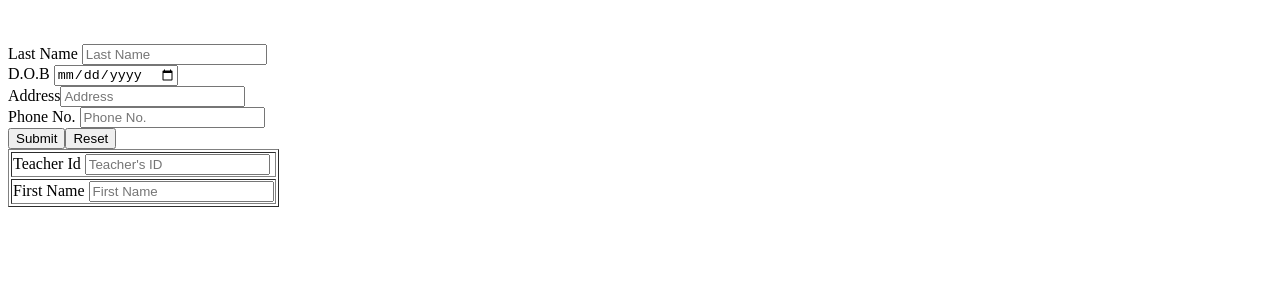
Repository: shubhamsingh331/Learners_Academy
Page: http://localhost/LearnersAcademy/Teachers/Teachers.jsp
The author's editor kept a copy of each file at every save. The page is drawn from the files as they stood at one save, then again after the next save.
The browser window is 1280 px wide. The pictures show the whole page.
The page is served by Tomcat 9. Other server files are loaded and not shown.

Above is the page before, as saved 2023-10-09 04:54:41.

### LearnersAcademy/src/main/webapp/Teachers/Teachers.jsp
<%@ page language="java" contentType="text/html; charset=ISO-8859-1"
    pageEncoding="ISO-8859-1"%>
<!DOCTYPE html>
<html>
<head>
<meta charset="ISO-8859-1">
<title>Insert title here</title>
</head>
<body>
<table border="1">
<form action="AddTeachers.jsp" method="post">
<tr><td>Teacher Id <input type="text" placeholder="Teacher's ID" name="id"></td></tr><br>
<tr><td>First Name <input type="text" placeholder="First Name" name="fname"></td></tr><br>
Last Name <input type="text" placeholder="Last Name" name="lname"><br>
D.O.B <input type="date" placeholder="D.O.B" name="dob"><br>
Address<input type="text" placeholder="Address" name ="address"><br>
Phone No. <input type="text" placeholder="Phone No." name="phono"><br>
<input type="submit" value="Submit">
<input type="reset" value="Reset">


</form>
</table>
</body>
</html>

After the next save:
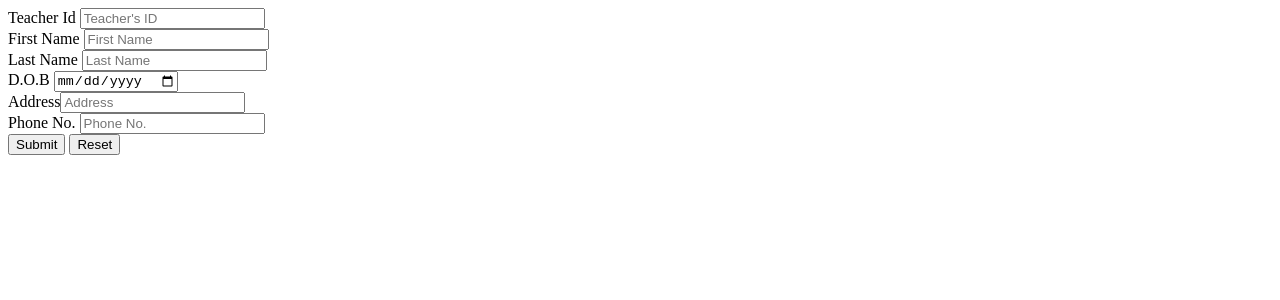
Saved 113 s later.
--- a/LearnersAcademy/src/main/webapp/Teachers/Teachers.jsp
+++ b/LearnersAcademy/src/main/webapp/Teachers/Teachers.jsp
@@ -7,10 +7,9 @@
 <title>Insert title here</title>
 </head>
 <body>
-<table border="1">
 <form action="AddTeachers.jsp" method="post">
-<tr><td>Teacher Id <input type="text" placeholder="Teacher's ID" name="id"></td></tr><br>
-<tr><td>First Name <input type="text" placeholder="First Name" name="fname"></td></tr><br>
+Teacher Id <input type="text" placeholder="Teacher's ID" name="id"><br>
+First Name <input type="text" placeholder="First Name" name="fname"><br>
 Last Name <input type="text" placeholder="Last Name" name="lname"><br>
 D.O.B <input type="date" placeholder="D.O.B" name="dob"><br>
 Address<input type="text" placeholder="Address" name ="address"><br>
@@ -20,6 +19,6 @@ Phone No. <input type="text" placeholder="Phone No." name="phono"><br>
 
 
 </form>
-</table>
+
 </body>
 </html>
